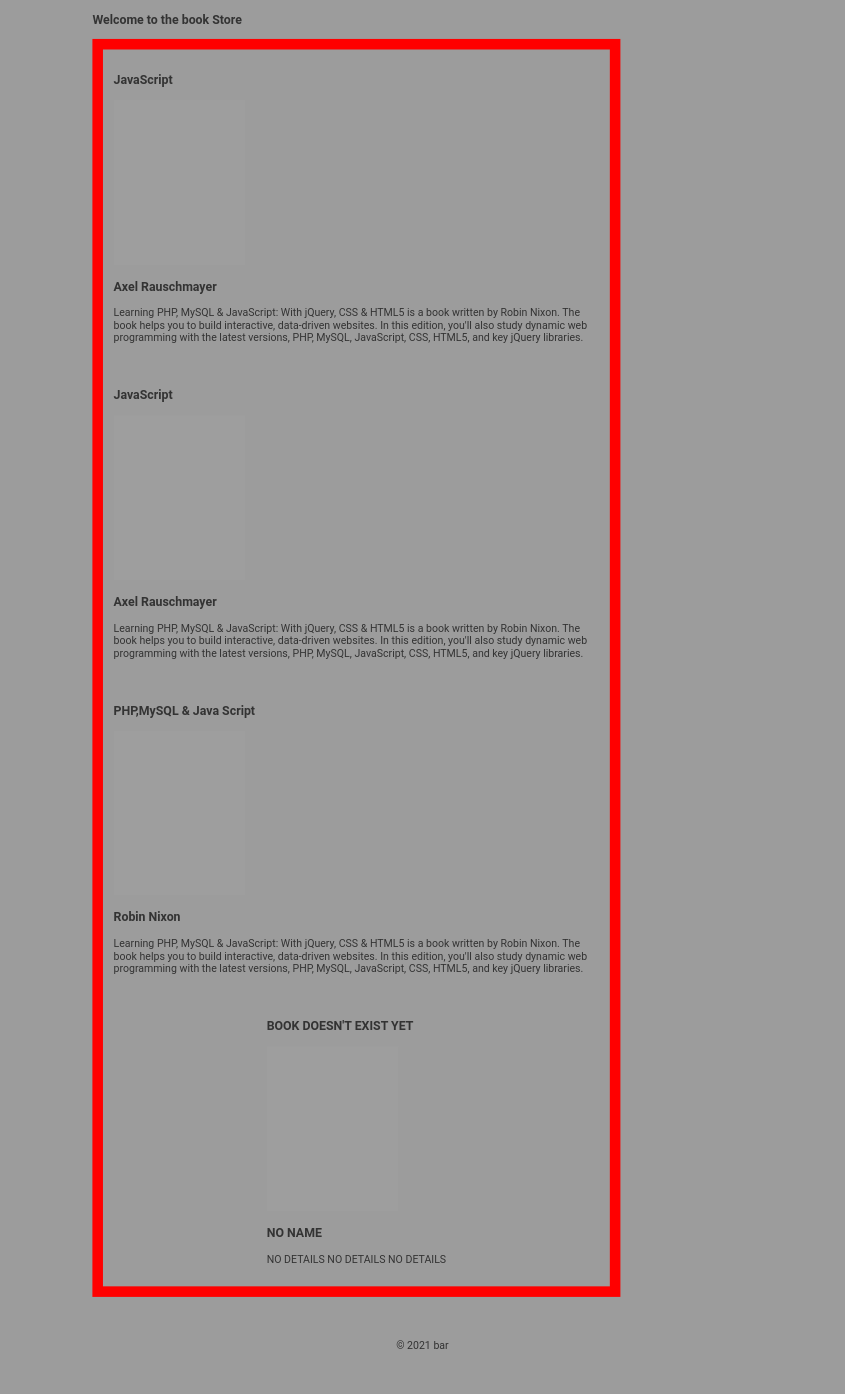
Repository: Axe33ile/React_JS
Page: / (app in book/)
The author's editor kept a copy of each file at every save. The page is drawn from the files as they stood at one save, then again after the next save.
The browser window is 1280 px wide. The pictures show the whole page, at 66% of full size.
Pictures or frames that could not be fetched are drawn as grey boxes. The project was rebuilt for these pictures with package versions that can differ from the ones it lists, and the page was loaded fresh each time.

Above is the page before, as saved 2021-04-24 00:32:37.

### book/public/index.html
<!DOCTYPE html>
<html lang="en">
  <head>
    <meta charset="utf-8" />
    <link rel="icon" href="%PUBLIC_URL%/favicon.ico" />
    <meta name="viewport" content="width=device-width, initial-scale=1" />
    <meta name="theme-color" content="#000000" />
    <meta
      name="description"
      content="Web site created using create-react-app"
    />
    <link rel="apple-touch-icon" href="%PUBLIC_URL%/logo192.png" />
    <!--
      manifest.json provides metadata used when your web app is installed on a
      user's mobile device or desktop. See https://developers.google.com/web/fundamentals/web-app-manifest/
    -->
    <link rel="manifest" href="%PUBLIC_URL%/manifest.json" />
    <!--
      Notice the use of %PUBLIC_URL% in the tags above.
      It will be replaced with the URL of the `public` folder during the build.
      Only files inside the `public` folder can be referenced from the HTML.

      Unlike "/favicon.ico" or "favicon.ico", "%PUBLIC_URL%/favicon.ico" will
      work correctly both with client-side routing and a non-root public URL.
      Learn how to configure a non-root public URL by running `npm run build`.
    -->
    <title>book store</title>
  </head>
  <body>
    <noscript>You need to enable JavaScript to run this app.</noscript>
    <div id="root"></div>
    <!--
      This HTML file is a template.
      If you open it directly in the browser, you will see an empty page.

      You can add webfonts, meta tags, or analytics to this file.
      The build step will place the bundled scripts into the <body> tag.

      To begin the development, run `npm start` or `yarn start`.
      To create a production bundle, use `npm run build` or `yarn build`.
    -->
  </body>
</html>

### book/src/index.js
/****************************
 ** IMPORT LIBRARIES
 ****************************/

import React from "react";
import ReactDOM from "react-dom";

//import our css
import "./index.css";

//import components
import App from "./components/App/App";

/*********************
 * * SHOW COMPONENTS
 ********************/

ReactDOM.render(<App />, document.getElementById("root"));

### book/src/index.css
* {
  box-sizing: border-box;
}

/* postcss-normalize is installed on project creation */
/* see https://create-react-app.dev/docs/adding-css-reset/ */
@import-normalize; /* bring in normalize.css styles */
/* @import 'normalize.css'; */

body {
  margin: 0;
  font-family: "Roboto", sans-serif;
  -webkit-font-smoothing: antialiased;
  -moz-osx-font-smoothing: grayscale;
  background: rgba(87, 87, 87, 0.589);
  color: #333;
}

/****************************************
 * * APP
 *****************************************/

.app {
  min-height: 100vh;
  display: flex;
  flex-direction: column;
  width: min(80%, 1000px);
  margin: 0 auto;
}

.main-heading {
  text-align: center;
}

footer {
  padding: 4em;
  text-align: center;
}

.main {
  flex: 1;
}

.main > p {
  margin-bottom: 2rem;
  text-align: center;
}

.books {
  display: flex;
  flex-wrap: wrap;
  justify-content: center;
  max-width: 800px;
  border: 1rem solid red;
}

.book {

  margin: 1rem;
}

.photo {
  height: 250px;
  width: 200px;
}

### book/src/components/App/App.js
/*****************************************
 * * IMPORT LIBRARIES
 *****************************************/

//react libraries
import React from "react";

//import components
import Header from "../header/Header";
import Main from "../main/Main";
import Footer from "../footer/Footer";

/*****************************************
 * * COMPONENT
 *****************************************/

const App = () => {
  let date = new Date();
  let name = "bar";
  return (
    <div className="app">
      <Header />
      <Main />
      <Footer year={date.getFullYear()} name={name} />
    </div>
  );
};

export default App;

### book/src/components/header/Header.js
/*****************************************
 * * IMPORT LIBRARIES
 *****************************************/

//react library
import React from "react";

/*****************************************
 * * COMPONENT
 *****************************************/

const Header = () => {
  return (
    <div className="main-heading">

    </div>
  );
};

export default Header;

### book/src/components/main/Main.js
/**************************
 * *IMPORT Libraries
 *************************/

import React from "react";

import Book from "../book/Book";

/*************************
 * *IMPORT COMPONENTS
 *************************/

const Main = () => {
  return (
    <article className="main">
      <h3>Welcome to the book Store</h3>
      <div className="books">
        <Book
          details={{
            bookTitle: "JavaScript",
            imgSrc: "https://2ality.com/2018/08/impatient-js/cover-epub.jpg",
            alt: "book",
            bookAuthor: "Axel Rauschmayer",
            bookDetails:
              "Learning PHP, MySQL & JavaScript: With jQuery, CSS & HTML5 is a book written by Robin Nixon. The book helps you to build interactive, data-driven websites. In this edition, you'll also study dynamic web programming with the latest versions, PHP, MySQL, JavaScript, CSS, HTML5, and key jQuery libraries.",
          }}
        />

        <Book
          details={{
            bookTitle: "JavaScript",
            imgSrc: "https://2ality.com/2018/08/impatient-js/cover-epub.jpg",
            alt: "book",
            bookAuthor: "Axel Rauschmayer",
            bookDetails:
              "Learning PHP, MySQL & JavaScript: With jQuery, CSS & HTML5 is a book written by Robin Nixon. The book helps you to build interactive, data-driven websites. In this edition, you'll also study dynamic web programming with the latest versions, PHP, MySQL, JavaScript, CSS, HTML5, and key jQuery libraries.",
          }}
        />

        <Book
          details={{
            bookTitle: "PHP,MySQL & Java Script",
            imgSrc:
              "https://www.guru99.com/images/2/060520_1101_16BESTPHPBo7.jpg",
            alt: "book",
            bookAuthor: "Robin Nixon",
            bookDetails:
              "Learning PHP, MySQL & JavaScript: With jQuery, CSS & HTML5 is a book written by Robin Nixon. The book helps you to build interactive, data-driven websites. In this edition, you'll also study dynamic web programming with the latest versions, PHP, MySQL, JavaScript, CSS, HTML5, and key jQuery libraries.",
          }}
        />

        <Book />
      </div>
    </article>
  );
};

export default Main;

### book/src/components/footer/Footer.js
/*********************
 * Import libraries
 ********************/

import React from "react";

/****************
 * *das
 ****************/

const Footer = (props) => {
  return (
    <footer className="footer">
      &copy; {props.year} {props.name}
    </footer>
  );
};

export default Footer;

### book/src/components/book/Book.js
/*********************
 * import libraries
 **********************/

import React from "react";

/*********************
 * *Components
 *********************/

let Book = (props) => {
  const details = props.details;
  return (
    <div className="book">
      <h3>{details.bookTitle}</h3>
      <img className="photo" src={details.imgSrc} alt={props.details.alt} />
      <h3>{details.bookAuthor}</h3>
      <p className="bookDetails">{details.bookDetails}</p>
      <p style={{ display: details.email ? "block" : "none" }}>
        Email: {details.email}
      </p>
    </div>
  );
};

// in case some field is not sent to props,
// it will take the value from defaultProps
Book.defaultProps = {
  details: {
    bookTitle: "BOOK DOESN'T EXIST YET",
    imgSrc:
      "https://thebookwithnopictures.com/wp-content/uploads/2014/08/BookWithNoPictures_3D-300x423.png",
    alt: "book",
    bookAuthor: "NO NAME",
    bookDetails: "NO DETAILS  NO DETAILS  NO DETAILS",
  },
};

export default Book;

After the next save:
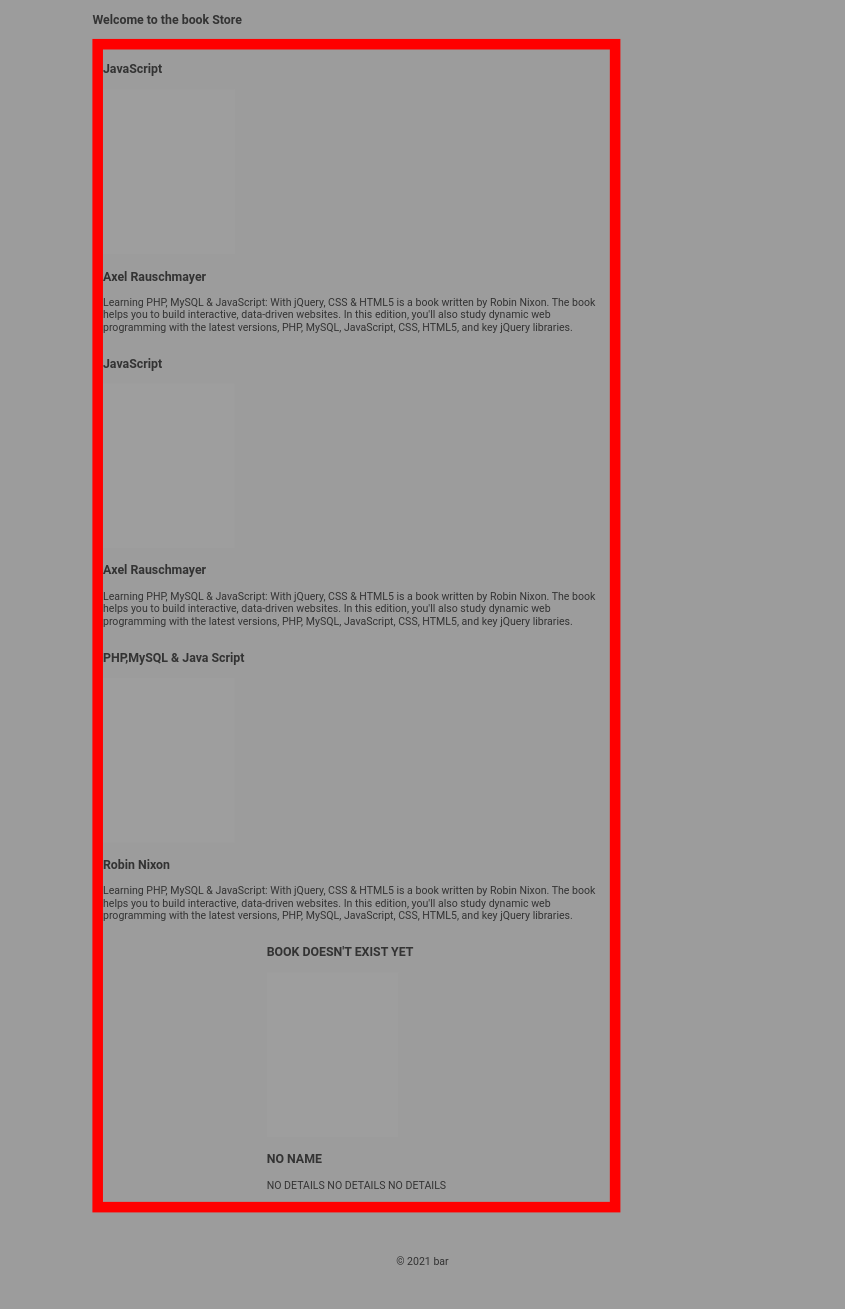
Saved 12 s later.
--- a/book/src/index.css
+++ b/book/src/index.css
@@ -54,6 +54,8 @@
   border: 1rem solid red;
 }
 
+.book-details
+
 .book {
 
   margin: 1rem;

After the 3 saves that followed:
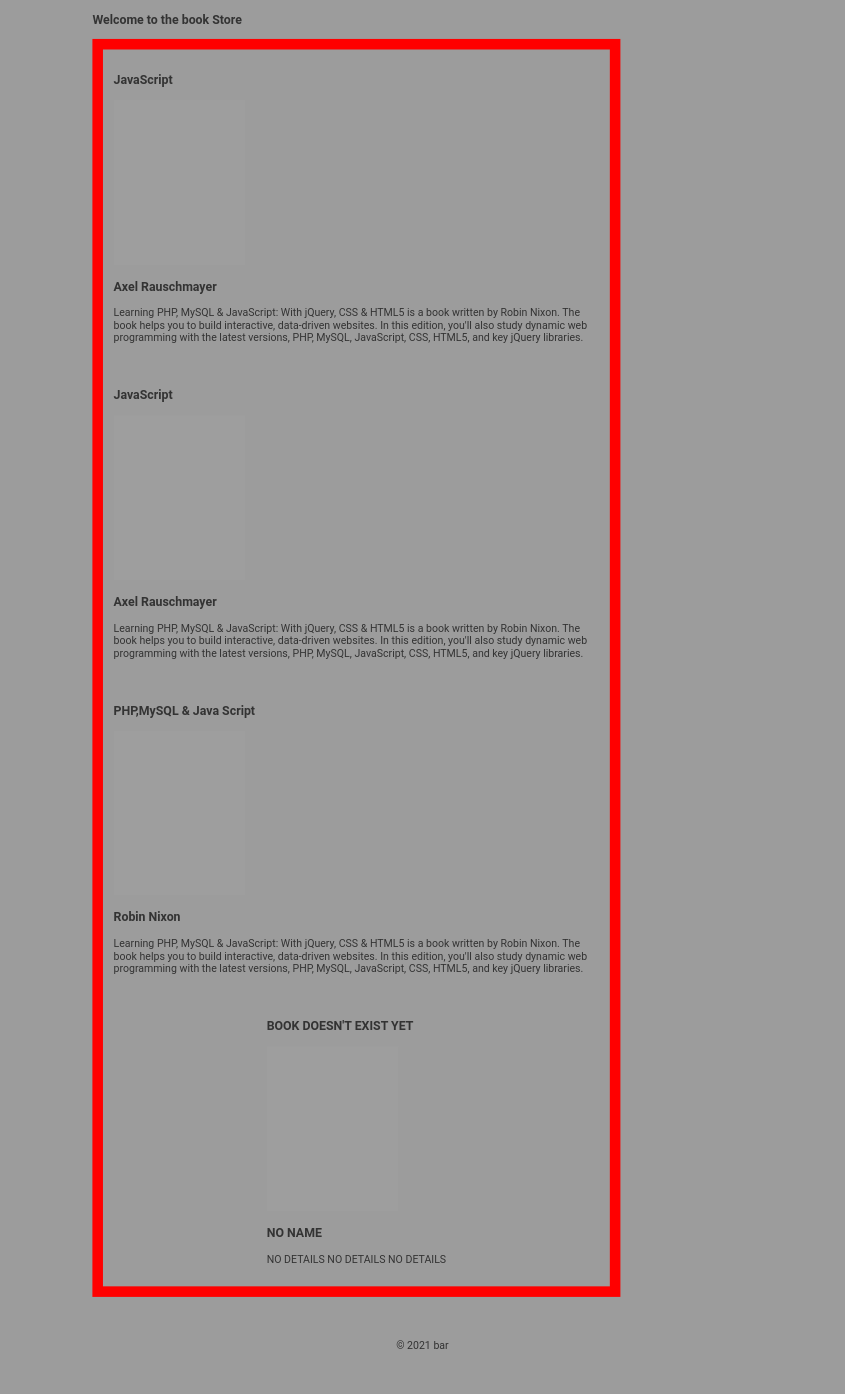
The 3 saves are shown as one change because 1 left the picture as it was and some came seconds apart.
The last was saved 15 s later.
--- a/book/src/index.css
+++ b/book/src/index.css
@@ -54,7 +54,10 @@
   border: 1rem solid red;
 }
 
-.book-details
+.book-details{
+  max-width: 800px;
+
+}
 
 .book {
 
--- a/book/src/components/book/Book.js
+++ b/book/src/components/book/Book.js
@@ -15,7 +15,7 @@ let Book = (props) => {
       <h3>{details.bookTitle}</h3>
       <img className="photo" src={details.imgSrc} alt={props.details.alt} />
       <h3>{details.bookAuthor}</h3>
-      <p className="bookDetails">{details.bookDetails}</p>
+      <p className="book-details">{details.bookDetails}</p>
       <p style={{ display: details.email ? "block" : "none" }}>
         Email: {details.email}
       </p>
